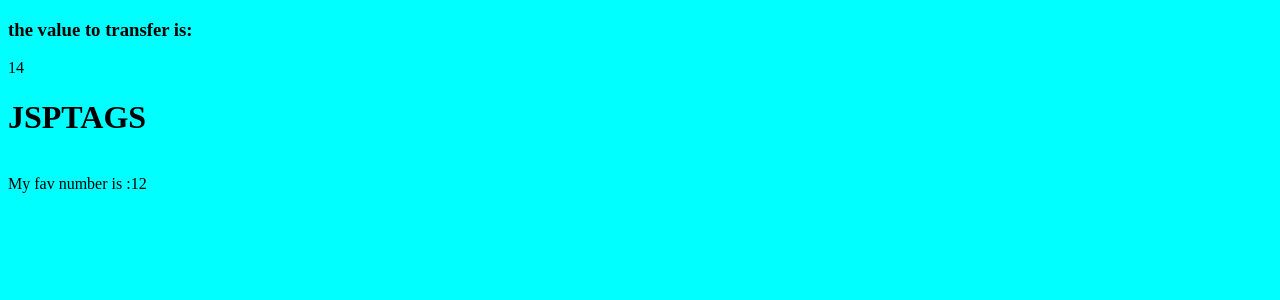
Repository: GarvKumar/ADVANCEDJAVATRAINING
Page: http://localhost/jsp1/Add.jsp
An editor plug-in stored every save of this project. The page is shown before and after the next save, followed by the edit.
The browser window is 1280 px wide. The pictures show the whole page.
The page is served by Tomcat 9.

Above is the page before, as saved 2023-01-28 06:13:13.

After the next save:
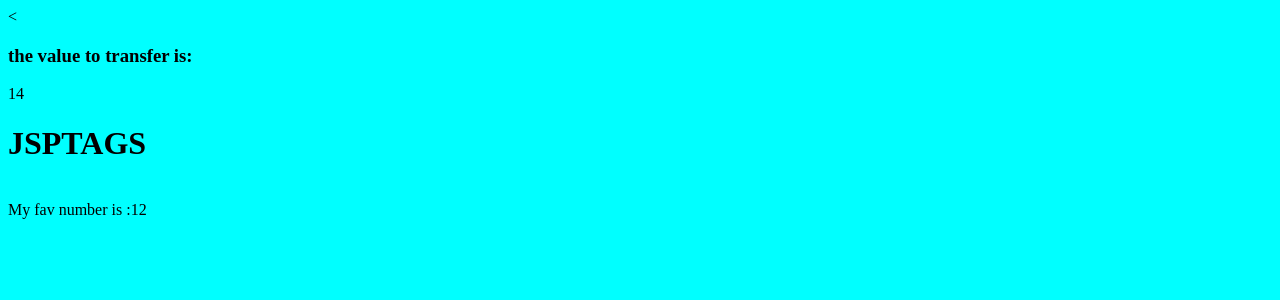
Saved 26 s later.
--- a/jsp1/src/main/webapp/Add.jsp
+++ b/jsp1/src/main/webapp/Add.jsp
@@ -3,7 +3,7 @@
 <!-- Drective tag --><%@page import="java.util.*,java.util.Random" %>
  <!-- errorPage="error.jsp">-->
  <%@page import="java.sql.*"%>
- <%@page errorPage="error.jsp"%>
+ <
 
 
 <%@include file="header.jsp" %>

After the save that followed:
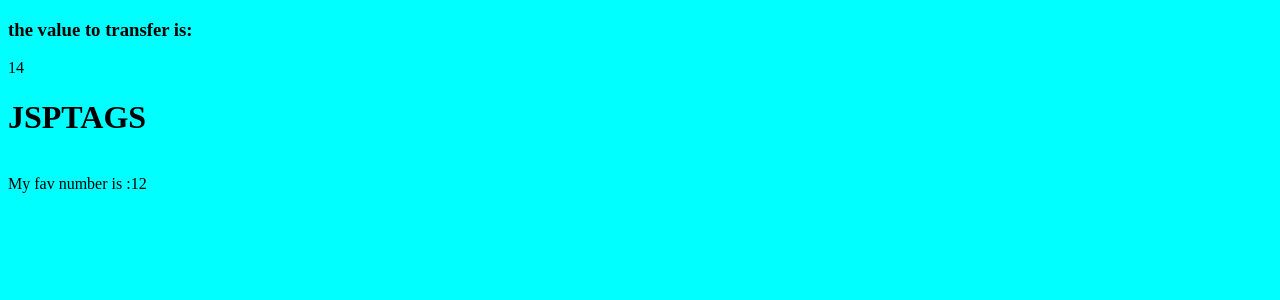
Saved 71 s later.
--- a/jsp1/src/main/webapp/Add.jsp
+++ b/jsp1/src/main/webapp/Add.jsp
@@ -3,7 +3,7 @@
 <!-- Drective tag --><%@page import="java.util.*,java.util.Random" %>
  <!-- errorPage="error.jsp">-->
  <%@page import="java.sql.*"%>
- <
+ <%@page errorPage="error.jsp"%>
 
 
 <%@include file="header.jsp" %>
